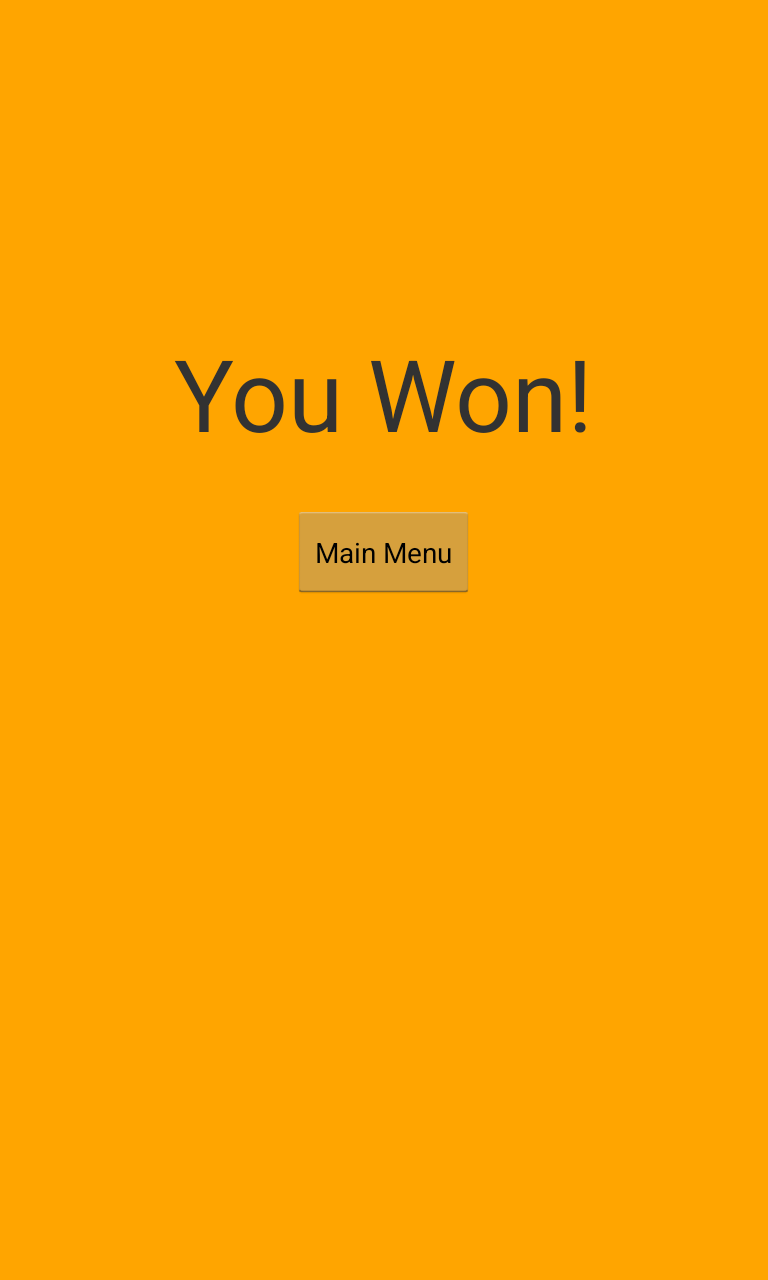
Repository: nidafarooqui/Trading-Game-Version-3
Layout: TaikunServer/res/layout/activity_game_won.xml
An editor plug-in stored every save of this project. The layout is shown before and after the next save, followed by the edit.
It is drawn on a 768 x 1280 px phone screen (xhdpi) without system bars, with theme AppTheme; the app's code is not run.

Above is the layout before, as saved 2014-08-17 18:35:57.

### TaikunServer/res/layout/activity_game_won.xml
<RelativeLayout xmlns:android="http://schemas.android.com/apk/res/android"
    xmlns:tools="http://schemas.android.com/tools"
    android:layout_width="match_parent"
    android:layout_height="match_parent"
    android:background="@color/orange"
    tools:context="${relativePackage}.${activityClass}" >

    <TextView
        android:id="@+id/textView1"
        android:layout_width="wrap_content"
        android:layout_height="wrap_content"
        android:layout_alignParentTop="true"
        android:layout_centerHorizontal="true"
        android:layout_marginTop="163dp"
        android:text="You Won!"
        android:textSize="50sp" />

    <Button
        android:id="@+id/buttonMainMenu"
        style="?android:attr/buttonStyleSmall"
        android:layout_width="wrap_content"
        android:layout_height="wrap_content"
        android:layout_below="@+id/textView1"
        android:layout_centerHorizontal="true"
        android:layout_marginTop="22dp"
        android:text="Main Menu" />

</RelativeLayout>

### TaikunServer/res/values/colours.xml
<?xml version="1.0" encoding="utf-8"?>
<resources>

    <color name="white">#FFFFFF</color>
    <color name="black">#000000</color>
    <color name="symptom_color_selected">#003366</color>
    <color name="reaction_color_selected">#003366</color>
    <color name="static_text_color">#003366</color>
    <color name="journal_entry_listitem_text_color">#003366</color>
    <color name="note_text_disabled">#333333</color>
    <color name="sky">#0099CC</color>
    <color name="lightgray">#e7e7e7</color>
      <color name="lightgray02">#bfbfbf</color>
    <color name="dark">#000015</color>
    <color name="lightgreen">#336666</color>
    <color name="orrange">#e33d1b</color>
    <color name="darkorrange">#cc2303</color>


 <color name="ivory">#FFFFF0</color>
 <color name="lightYellow">#FFFFE0</color>
 <color name="snow">#FFFAFA</color>
 <color name="floralWhite">#FFFAF0</color>
 <color name="lemonChiffon">#FFFACD</color>
 <color name="cornsilk">#FFF8DC</color>
 <color name="seashell">#FFF5EE</color>
 <color name="lavenderBlush">#FFF0F5</color>
 <color name="papayaWhip">#FFEFD5</color>
 <color name="blanchedAlmond">#FFEBCD</color>
 <color name="mistyRose">#FFE4E1</color>
 <color name="bisque">#FFE4C4</color>
 <color name="moccasin">#FFE4B5</color>
 <color name="navajoWhite">#FFDEAD</color>
 <color name="peachPuff">#FFDAB9</color>
 <color name="gold">#FFD700</color>
 <color name="pink">#FFC0CB</color>
 <color name="lightPink">#FFB6C1</color>
 <color name="orange">#FFA500</color>
 <color name="lightSalmon">#FFA07A</color>
 <color name="darkOrange">#FF8C00</color>
 <color name="coral">#FF7F50</color>
 <color name="hotPink">#FF69B4</color>
 <color name="tomato">#FF6347</color>
 <color name="orangeRed">#FF4500</color>
 <color name="deepPink">#FF1493</color>
 <color name="fuchsia">#FF00FF</color>
 <color name="magenta">#FF00FF</color>
 <color name="red">#FF0000</color>
 <color name="oldLace">#FDF5E6</color>
 <color name="lightGoldenrodYellow">#FAFAD2</color>
 <color name="linen">#FAF0E6</color>
 <color name="antiqueWhite">#FAEBD7</color>
 <color name="salmon">#FA8072</color>
 <color name="ghostWhite">#F8F8FF</color>
 <color name="mintCream">#F5FFFA</color>
 <color name="whiteSmoke">#F5F5F5</color>
 <color name="beige">#F5F5DC</color>
 <color name="wheat">#F5DEB3</color>
 <color name="sandyBrown">#F4A460</color>
 <color name="azure">#F0FFFF</color>
 <color name="honeydew">#F0FFF0</color>
 <color name="aliceBlue">#F0F8FF</color>
 <color name="khaki">#F0E68C</color>
 <color name="lightCoral">#F08080</color>
 <color name="paleGoldenrod">#EEE8AA</color>
 <color name="violet">#EE82EE</color>
 <color name="darkSalmon">#E9967A</color>
 <color name="lavender">#E6E6FA</color>
 <color name="lightCyan">#E0FFFF</color>
 <color name="burlyWood">#DEB887</color>
 <color name="plum">#DDA0DD</color>
 <color name="gainsboro">#DCDCDC</color>
 <color name="crimson">#DC143C</color>
 <color name="paleVioletRed">#DB7093</color>
 <color name="goldenrod">#DAA520</color>
 <color name="orchid">#DA70D6</color>
 <color name="thistle">#D8BFD8</color>
 <color name="lightGrey">#D3D3D3</color>
 <color name="tan">#D2B48C</color>
 <color name="chocolate">#D2691E</color>
 <color name="peru">#CD853F</color>
 <color name="indianRed">#CD5C5C</color>
 <color name="mediumVioletRed">#C71585</color>
 <color name="silver">#C0C0C0</color>
 <color name="darkKhaki">#BDB76B</color>
 <color name="rosyBrown">#BC8F8F</color>
 <color name="mediumOrchid">#BA55D3</color>
 <color name="darkGoldenrod">#B8860B</color>
 <color name="fireBrick">#B22222</color>
 <color name="powderBlue">#B0E0E6</color>
 <color name="lightSteelBlue">#B0C4DE</color>
 <color name="paleTurquoise">#AFEEEE</color>
 <color name="greenYellow">#ADFF2F</color>
 <color name="lightBlue">#ADD8E6</color>
 <color name="darkGray">#A9A9A9</color>
 <color name="brown">#A52A2A</color>
 <color name="sienna">#A0522D</color>
 <color name="yellowGreen">#9ACD32</color>
 <color name="darkOrchid">#9932CC</color>
 <color name="paleGreen">#98FB98</color>
 <color name="darkViolet">#9400D3</color>
 <color name="mediumPurple">#9370DB</color>
 <color name="lightGreen">#90EE90</color>
 <color name="darkSeaGreen">#8FBC8F</color>
 <color name="saddleBrown">#8B4513</color>
 <color name="darkMagenta">#8B008B</color>
 <color name="darkRed">#8B0000</color>
 <color name="blueViolet">#8A2BE2</color>
 <color name="lightSkyBlue">#87CEFA</color>
 <color name="skyBlue">#87CEEB</color>
 <color name="gray">#808080</color>
 <color name="olive">#808000</color>
 <color name="purple">#800080</color>
 <color name="maroon">#800000</color>
 <color name="aquamarine">#7FFFD4</color>
 <color name="chartreuse">#7FFF00</color>
 <color name="lawnGreen">#7CFC00</color>
 <color name="mediumSlateBlue">#7B68EE</color>
 <color name="lightSlateGray">#778899</color>
 <color name="slateGray">#708090</color>
 <color name="oliveDrab">#6B8E23</color>
 <color name="slateBlue">#6A5ACD</color>
 <color name="dimGray">#696969</color>
 <color name="mediumAquamarine">#66CDAA</color>
 <color name="cornflowerBlue">#6495ED</color>
 <color name="cadetBlue">#5F9EA0</color>
 <color name="darkOliveGreen">#556B2F</color>
 <color name="indigo">#4B0082</color>
 <color name="mediumTurquoise">#48D1CC</color>
 <color name="darkSlateBlue">#483D8B</color>
 <color name="steelBlue">#4682B4</color>
 <color name="royalBlue">#4169E1</color>
 <color name="turquoise">#40E0D0</color>
 <color name="mediumSeaGreen">#3CB371</color>
 <color name="limeGreen">#32CD32</color>
 <color name="darkSlateGray">#2F4F4F</color>
 <color name="seaGreen">#2E8B57</color>
 <color name="forestGreen">#228B22</color>
 <color name="lightSeaGreen">#20B2AA</color>
 <color name="dodgerBlue">#1E90FF</color>
 <color name="midnightBlue">#191970</color>
 <color name="aqua">#00FFFF</color>
 <color name="cyan">#00FFFF</color>
 <color name="springGreen">#00FF7F</color>
 <color name="lime">#00FF00</color>
 <color name="mediumSpringGreen">#00FA9A</color>
 <color name="darkTurquoise">#00CED1</color>
 <color name="deepSkyBlue">#00BFFF</color>
 <color name="darkCyan">#008B8B</color>
 <color name="teal">#008080</color>
 <color name="green">#008000</color>
 <color name="darkGreen">#006400</color>
 <color name="blue">#0000FF</color>
 <color name="mediumBlue">#0000CD</color>
 <color name="darkBlue">#00008B</color>
 <color name="navy">#000080</color>

</resources>

Loaded but not shown: TaikunServer/res/values/styles.xml (common file); TaikunServer/res/values-v11/styles.xml (common file); TaikunServer/res/values-v14/styles.xml (common file)

After the next save:
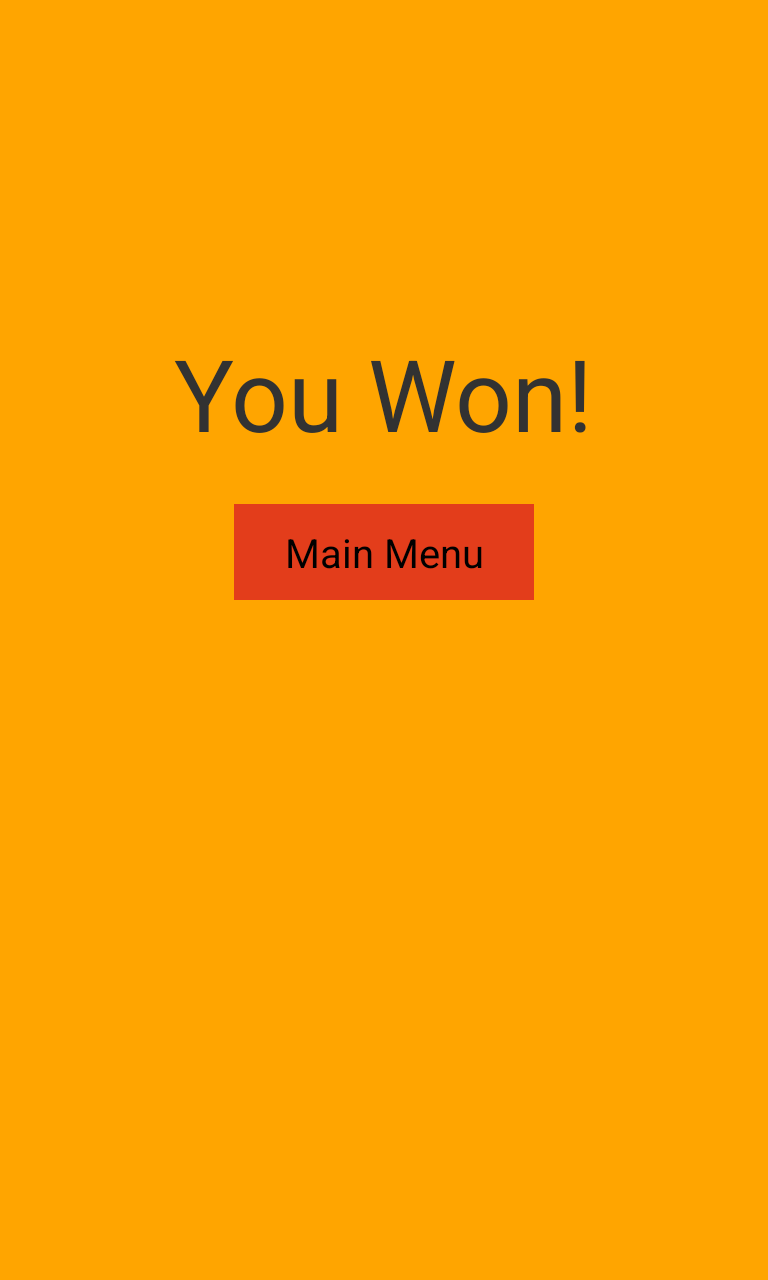
Saved 82 s later.
--- a/TaikunServer/res/layout/activity_game_won.xml
+++ b/TaikunServer/res/layout/activity_game_won.xml
@@ -18,11 +18,13 @@
     <Button
         android:id="@+id/buttonMainMenu"
         style="?android:attr/buttonStyleSmall"
-        android:layout_width="wrap_content"
+        android:layout_width="150dp"
         android:layout_height="wrap_content"
         android:layout_below="@+id/textView1"
         android:layout_centerHorizontal="true"
         android:layout_marginTop="22dp"
-        android:text="Main Menu" />
+        android:background="@color/orrange"
+        android:text="Main Menu"
+        android:textSize="20sp" />
 
 </RelativeLayout>
